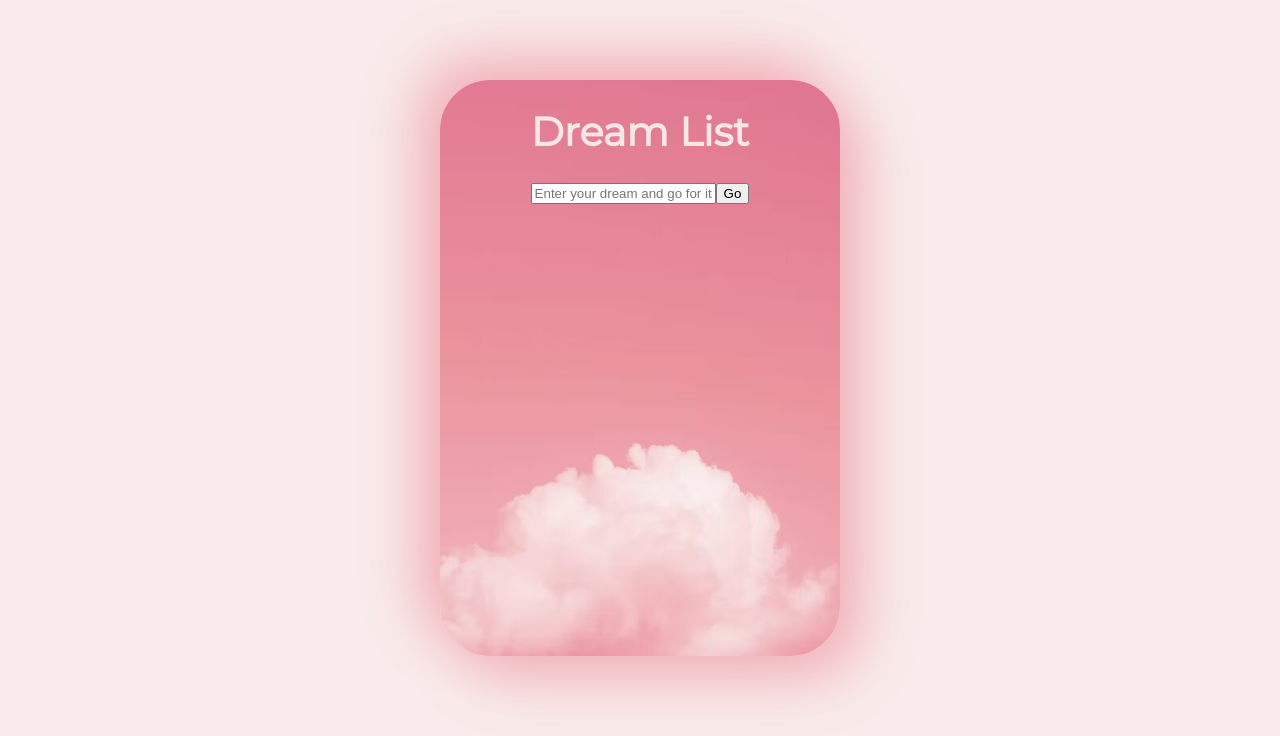
Repository: asya-aisa/grocery-list
Page: /
The author's editor kept a copy of each file at every save. The page is drawn from the files as they stood at one save, then again after the next save.
The browser window is 1280 px wide. The pictures show the whole page.
The project was rebuilt for these pictures with package versions that can differ from the ones it lists, and the page was loaded fresh each time.

Above is the page before, as saved 2023-07-14 16:08:17.

After the next save:
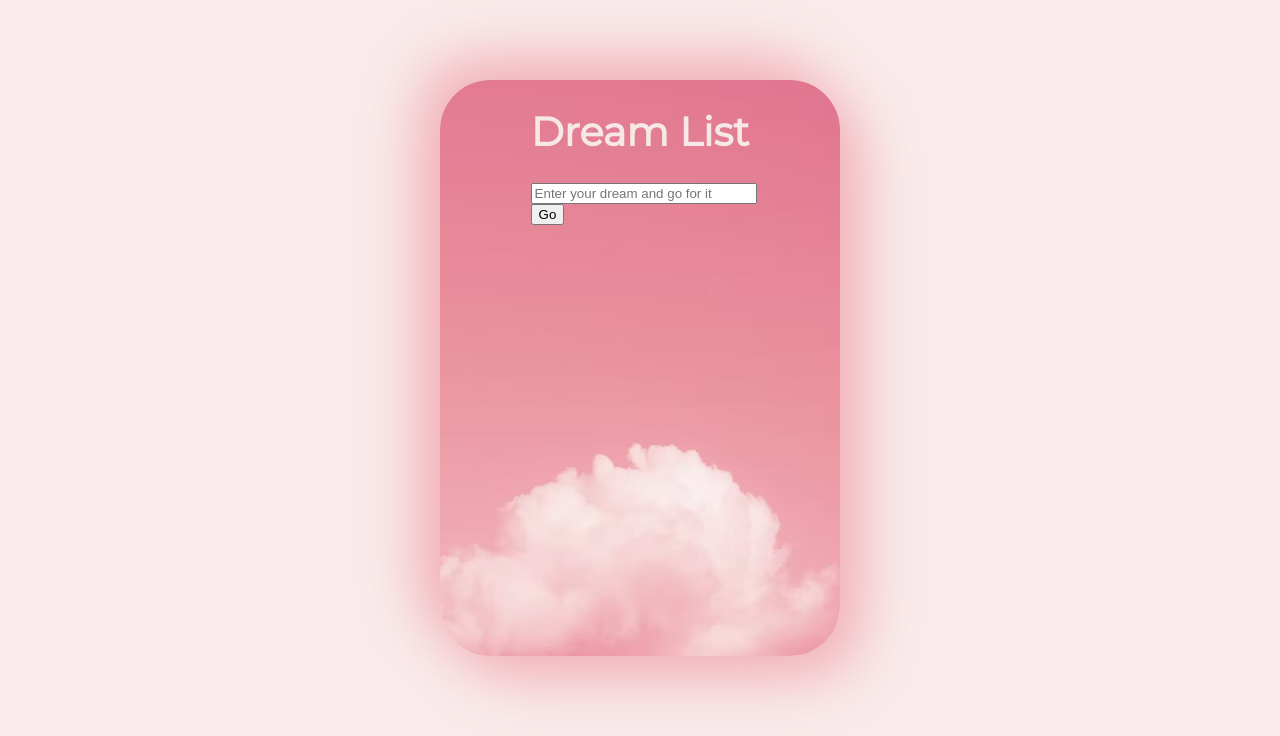
Saved 2 min 11 s later.
--- a/src/App.css
+++ b/src/App.css
@@ -24,5 +24,5 @@ h1 {
 }
 
 input {
-  flex: 1;
+  width: 100%;
 }

After the 5 saves that followed:
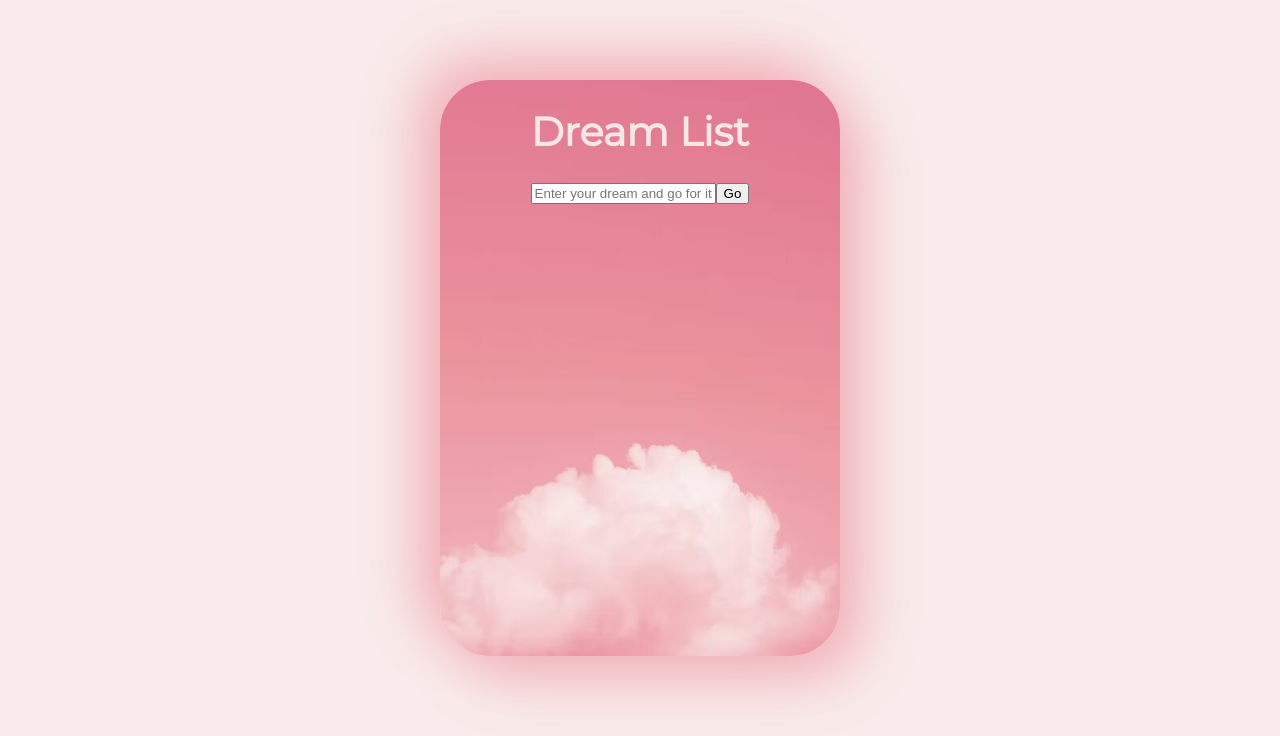
The 5 saves are shown as one change because 3 left the picture as it was and some came seconds apart.
The last was saved 46 s later.
--- a/src/DreamList.js
+++ b/src/DreamList.js
@@ -30,11 +30,14 @@ export class DreamList extends Component {
 
     render() {
         return <div>
+            <div className="container">
             <input type="text" placeholder="Enter your dream and go for it"
             onChange={(e) => {this.upDateInput(e.target.value)}}
             value={this.state.inputDream}/>
 
             <button onClick={() => this.AddDream(this.state.inputDream)}>Go</button>
+            </div>
+
 
             <ul>
                 {this.state.dreamList.map((item, index) => (
